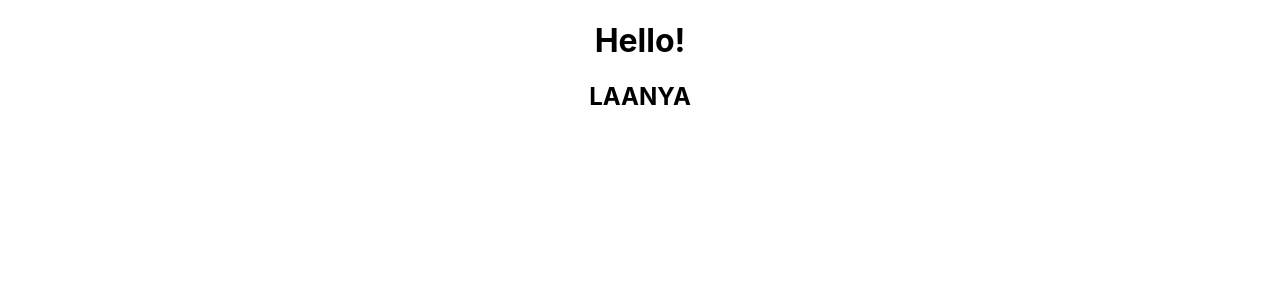
Repository: zineblaanaya/TAM
Page: / (app in Desktop/REACT/react-app/my-app/)
These files come from the project's save history. The page is drawn as it stood at one moment and after the next save; the edit follows.
The browser window is 1280 px wide. The pictures show the whole page.
The project was rebuilt for these pictures with package versions that can differ from the ones it lists, and the page was loaded fresh each time.

Above is the page before, as saved 2023-01-16 16:17:30.

After the next save:
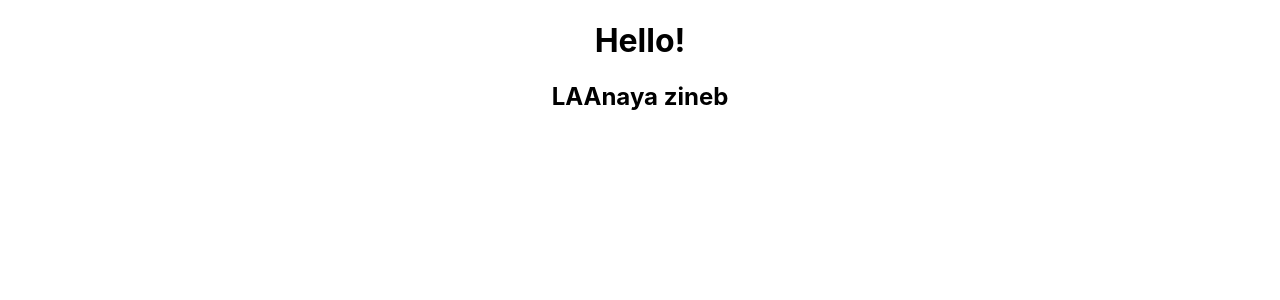
Saved 21 s later.
--- a/Desktop/REACT/react-app/my-app/src/App.js
+++ b/Desktop/REACT/react-app/my-app/src/App.js
@@ -6,7 +6,7 @@ function App() {
     <div className="App">
 
       <h1>Hello!</h1>
-      <h2>LAANYA</h2>
+      <h2>LAAnaya zineb</h2>
 
     </div>
   );
